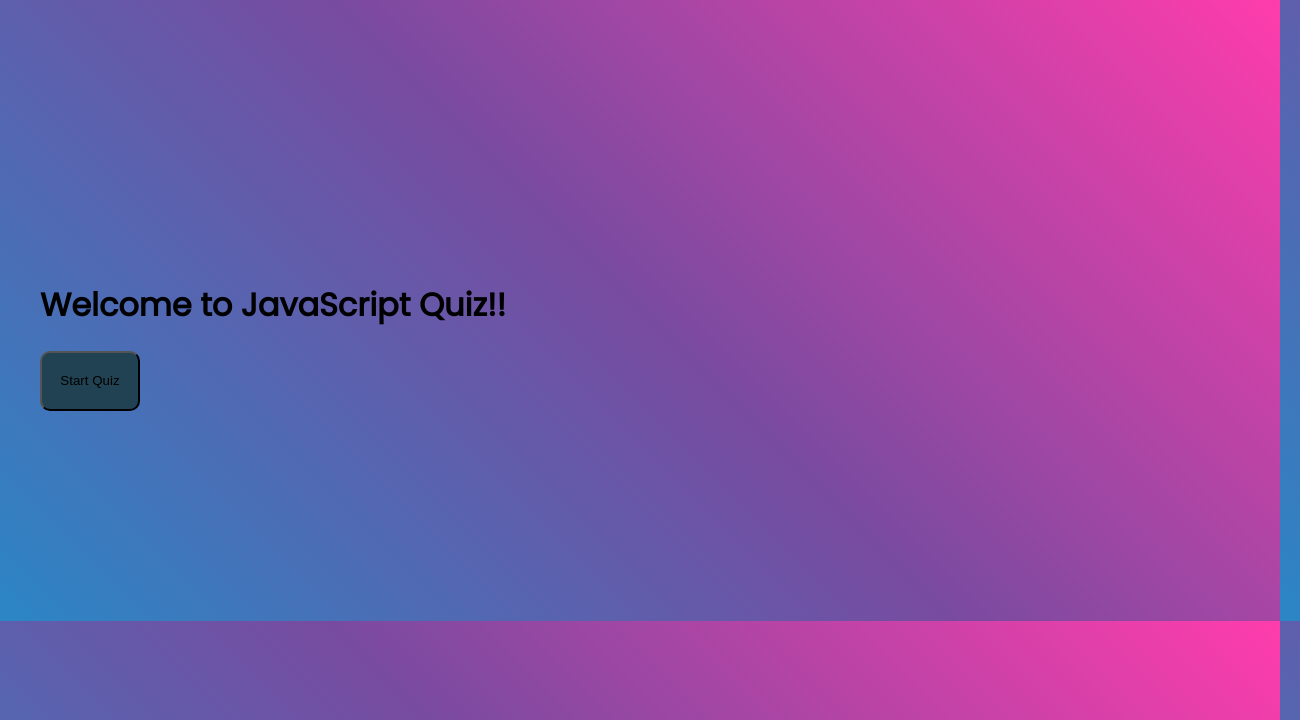
Repository: Mf948/javaQuiz
Page: index.html
The author's editor kept a copy of each file at every save. The page is drawn from the files as they stood at one save, then again after a run of saves.
The browser window is 1280 px wide. The page is 1300 px wide, so the pictures cover 1300 px, including what lies to the right of the window. The pictures show the whole page.

Above is the page before, as saved 2020-12-03 22:58:22.

### index.html
<!DOCTYPE html>
<html lang="en">
<head>
    <meta charset="UTF-8">
    <meta name="viewport" content="width=device-width, initial-scale=1.0">
    <title>Java Quiz</title>
   <link rel="stylesheet" href="stylesheet.css">
   <link rel="preconnect" href="https://fonts.gstatic.com">
<link href="https://fonts.googleapis.com/css2?family=Poppins&display=swap" rel="stylesheet">
</head>
<body>
<!-- <div class="coontainer">
       <div id ="question-container" class='hide'>
         <div id="question">Question</div>
         <div id= "answer-buttons" class ="btn-grid">


            <div>
      <div class="controls">
        <button id= "start-btn" class="start-btn btn">start</button>

        <button id= "next-btn" class="netx-btn hide" >next</button>
        </div>

    </div> -->
    <div id="welcomeContainer">
        <h1>Welcome to JavaScript Quiz!!</h1>
        <button id ="start-quiz-btn">Start Quiz</button>
    </div>

    <div id="questionContainer" class='hide_container'>
        <div class="time">
            <h1><small>Time left</small></h1>
            <div id="minutes">25</div>
            <div id="seconds">00</div>
        <h1>Question</h1>
        <h2 id ="statement">statement</h2> </h2>
       <div id="choices-btns">
        <button id= "choice-A-btn">choice A</button>
        <button id= "choice-B-btn">choice B  </button>
        <button id= "choice-C-btn">choice C  </button>
        <button id= "choice-D-btn">choice D  </button>



       </div>

    </div>


<script src="./script.js"></script>


</body>
</html>

### stylesheet.css
body{
    font-family: 'Poppins', sans-serif;
    background-color: #FF3CAC;
background-image: linear-gradient(225deg, #FF3CAC 0%, #784BA0 50%, #2B86C5 100%);
margin: auto;
width: 100%;
padding: 10px;
height:100% ;

}
#start-quiz-btn{
    height: 60px;
    width: 100px;
    background-color: #214252;
    border-radius: 10px;

}
.hide_container {
    display: none;
}

.show_container{
    display:block;
}
#choice-A-btn{
    height: 60px;
    width: 100px;
    background-color:#f05454;
    border-radius: 10px;

}
#choice-B-btn{
    height: 60px;
    width: 100px;
    background-color:#9d0191;
    border-radius: 10px;

}
#choice-C-btn{
    height: 60px;
    width: 100px;
    background-color:#e05297;
    border-radius: 10px;

}
#choice-D-btn{
    height: 60px;
    width: 100px;
    background-color:#2d6187;
    border-radius: 10px;

}

### script.js
var startQuizBtn = document.getElementById("start-quiz-btn");
var question = [
    {
        statement: 'What Defines an HTML Element',
        choices: ['start tag', 'some content', 'end tag', 'all the above'],
        correct: 'all the above'
    },
    {
        statement: 'How do you write "Hello World" in an alert box',
        choices: ['A', 'some content', 'end tag', 'all the above'],
        correct: 'all the above'
    },
    {
        statement: 'What Defines an HTML Element',
        choices: ['start tag', 'some content', 'end tag', 'all the above'],
        correct: 'all the above'
    }

]

welcomeContainer.style.padding = "250px 100px 200px 30px ";


 //for (var i=0; i < questions.length; i ++){
  // var response =  window.statement(questions[i].statement);
   // if (response == question[i].correct){

//    } else {
//        alert ("wrong")
// timer function - timer
//    }

// }
 var minutesDisplay = document.querySelector("#minutes");
var secondsDisplay = document.querySelector("#seconds");

startQuizBtn.addEventListener('click', function() {
welcomeContainer.style.display = 'none';


var questionContainer = document.getElementById("questionContainer")
 questionContainer.style.display = "block";
 questionContainer.setAttribute('class', 'background');


var statement =document.getElementById("statement")
var choiceA = document.getElementById("choice-A-btn")

var choiceB = document.getElementById("choice-B-btn")
var choiceC = document.getElementById("choice-C-btn")
var choiceD = document.getElementById("choice-D-btn")

var correct = true

var count = 0

function showQuestion() {
statement.innerText = question[count].statement
for (var i = 0; i < question[count].choices.length; i ++ ){
if (i === 0) {
    choiceA.innerText = question[1].choices[1]
    count = 1
    choices = 1
        'start tag'
    var question = [
        {
            statement: 'How do you write "Hello World" in an alert box',
            choices: ['A', 'some content', 'end tag', 'all the above'],
            correct: 'all the above'
        },

    ]
    console.log(question[count].choices[i])
}

}
}
showQuestion()

   //  choiceA.innerText



 //var questionContainer = document.getElementById("question")
 /*
 1. need to hide welcom screen

 2. shows the 1st question, and all possible choices

 3. add timer


 */

///WHEN I answer a question incorrectly
//THEN time is subtracted from the clock

// WHEN all questions are answered or the timer reaches 0 THEN the game is over
// WHEN the game is over THEN I can save my initials and score
});

After the next 2 saves:
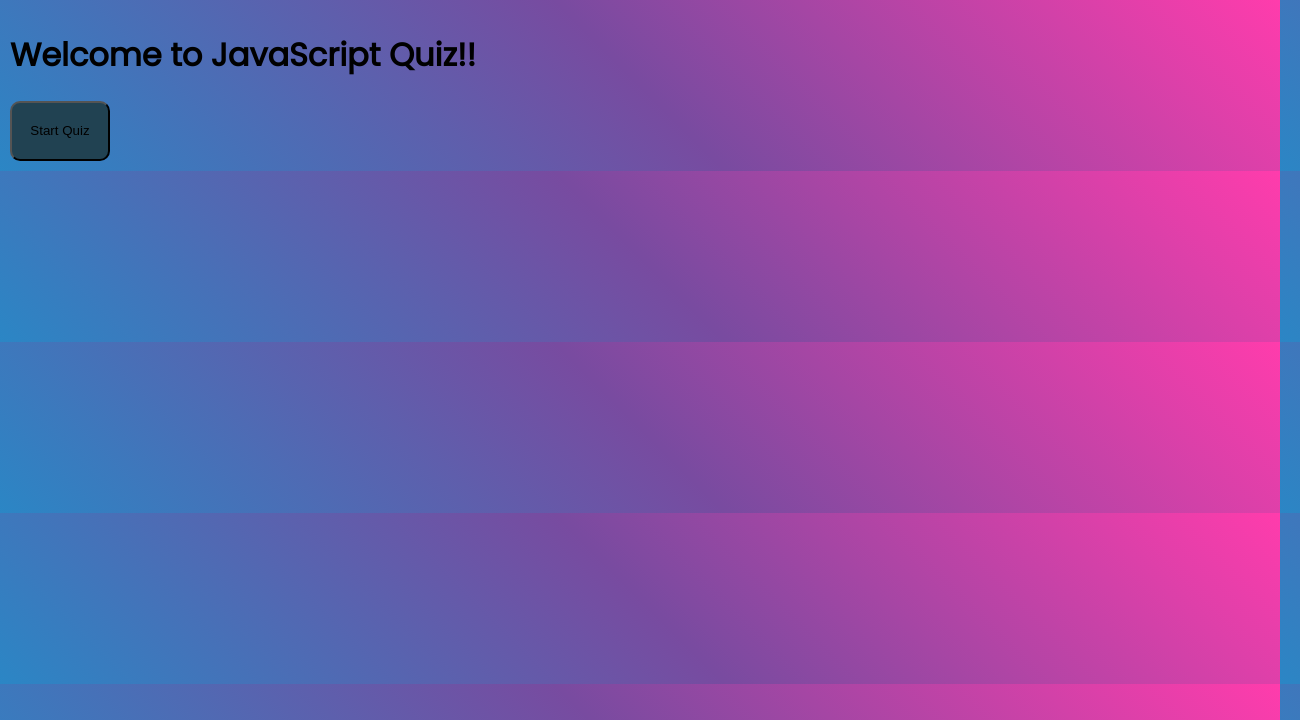
Console error: SyntaxError: Unexpected token ':'
The 2 saves are shown as one change because they came seconds apart.
The last was saved 18 s later.
--- a/script.js
+++ b/script.js
@@ -62,14 +62,11 @@
     count = 1
     choices = 1
         'start tag'
-    var question = [
         {
             statement: 'How do you write "Hello World" in an alert box',
             choices: ['A', 'some content', 'end tag', 'all the above'],
             correct: 'all the above'
         },
-
-    ]
     console.log(question[count].choices[i])
 }
 

After the save that followed:
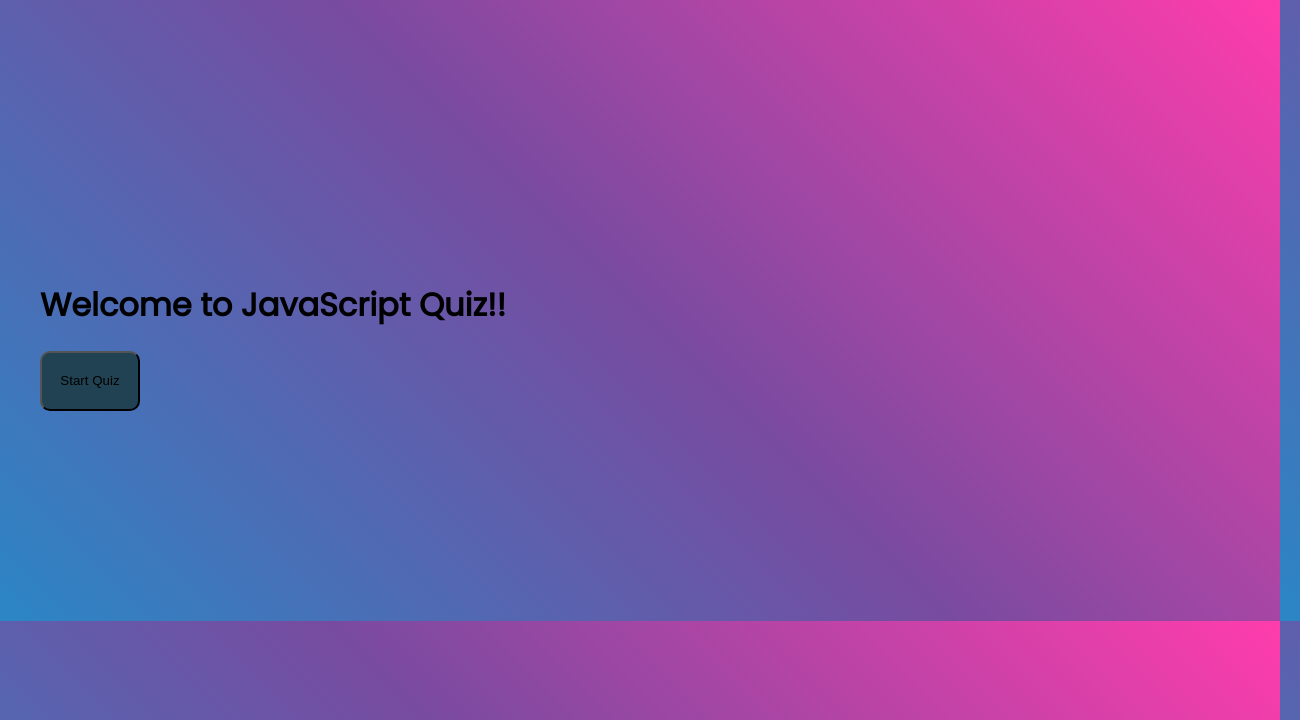
The error is gone.
Saved 6 s later.
--- a/script.js
+++ b/script.js
@@ -62,11 +62,6 @@
     count = 1
     choices = 1
         'start tag'
-        {
-            statement: 'How do you write "Hello World" in an alert box',
-            choices: ['A', 'some content', 'end tag', 'all the above'],
-            correct: 'all the above'
-        },
     console.log(question[count].choices[i])
 }
 
